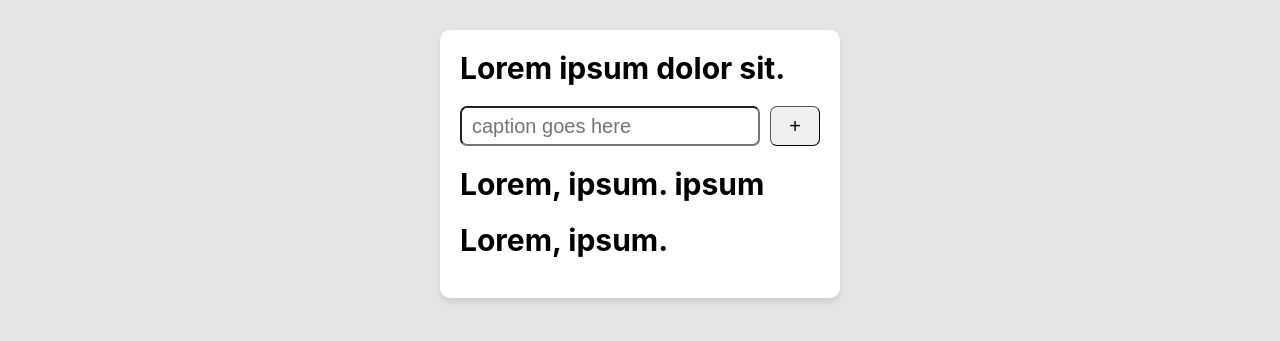
Repository: hungdomanh95/focus
Page: /
An editor plug-in stored every save of this project. The page is shown before and after the next save, followed by the edit.
The browser window is 1280 px wide. The pictures show the whole page.
The project was rebuilt for these pictures with package versions that can differ from the ones it lists, and the page was loaded fresh each time.

Above is the page before, as saved 2023-04-09 01:49:49.

After the next save:
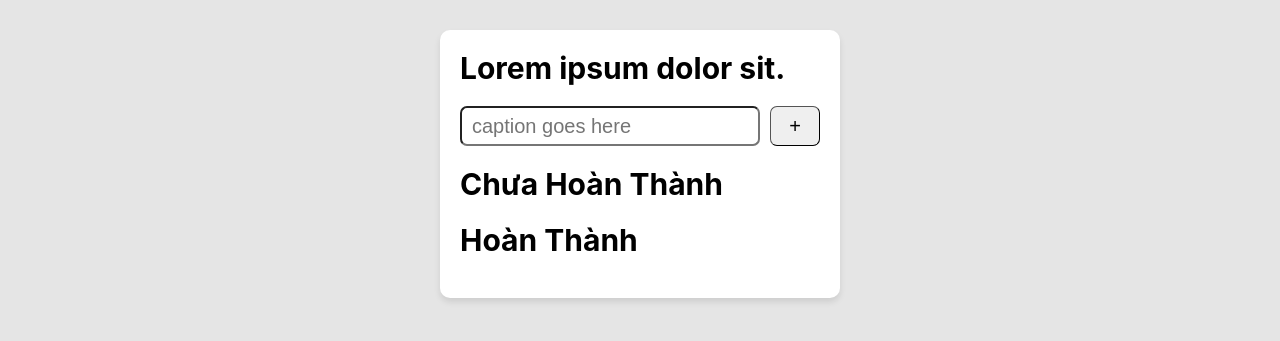
Saved 23 s later.
--- a/src/components/TaskList/TaskList.tsx
+++ b/src/components/TaskList/TaskList.tsx
@@ -11,7 +11,7 @@ function TaskList(props: TaskListProps) {
 
   return (
     <div className='mb-2'>
-      <h2 className={styles.title}>{doneTaskList ? 'Lorem, ipsum.' : 'Lorem, ipsum. ipsum'}</h2>
+      <h2 className={styles.title}>{doneTaskList ? 'Hoàn Thành' : 'Chưa Hoàn Thành'}</h2>
       <div className={styles.tasks}>
         {todos.map((item) => (
           <div className={styles.task} key={item.id}>
